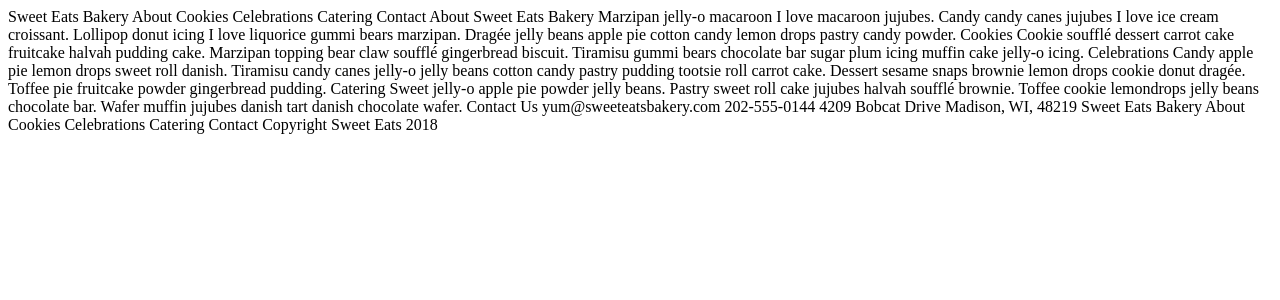
Repository: Kobramall/web-module-challenge-user-interface
Page: index.html
These files come from the project's save history. The page is drawn as it stood at one moment and after the next save; the edit follows.
The browser window is 1280 px wide. The pictures show the whole page.
Some web fonts or font styles are not loaded; a fallback is used.

Above is the page before, as saved 2022-08-03 11:32:49.

After the next save:
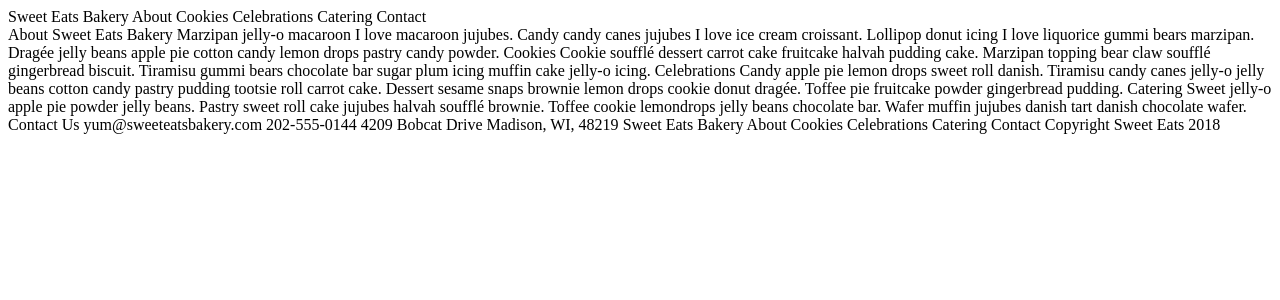
Saved 8 min 18 s later.
--- a/index.html
+++ b/index.html
@@ -9,7 +9,7 @@
 </head>
 
 <body>
-
+<header>
     <!-- company name -->
     Sweet Eats Bakery
 
@@ -19,7 +19,7 @@
     Celebrations
     Catering
     Contact
-
+</header>
     <!-- Image https://tk-assets.lambdaschool.com/bcf76f62-2431-4c22-b466-2e711f3da2b9_ui-i-bakery-main-header.png -->
 
     <!-- Marketing header -->
